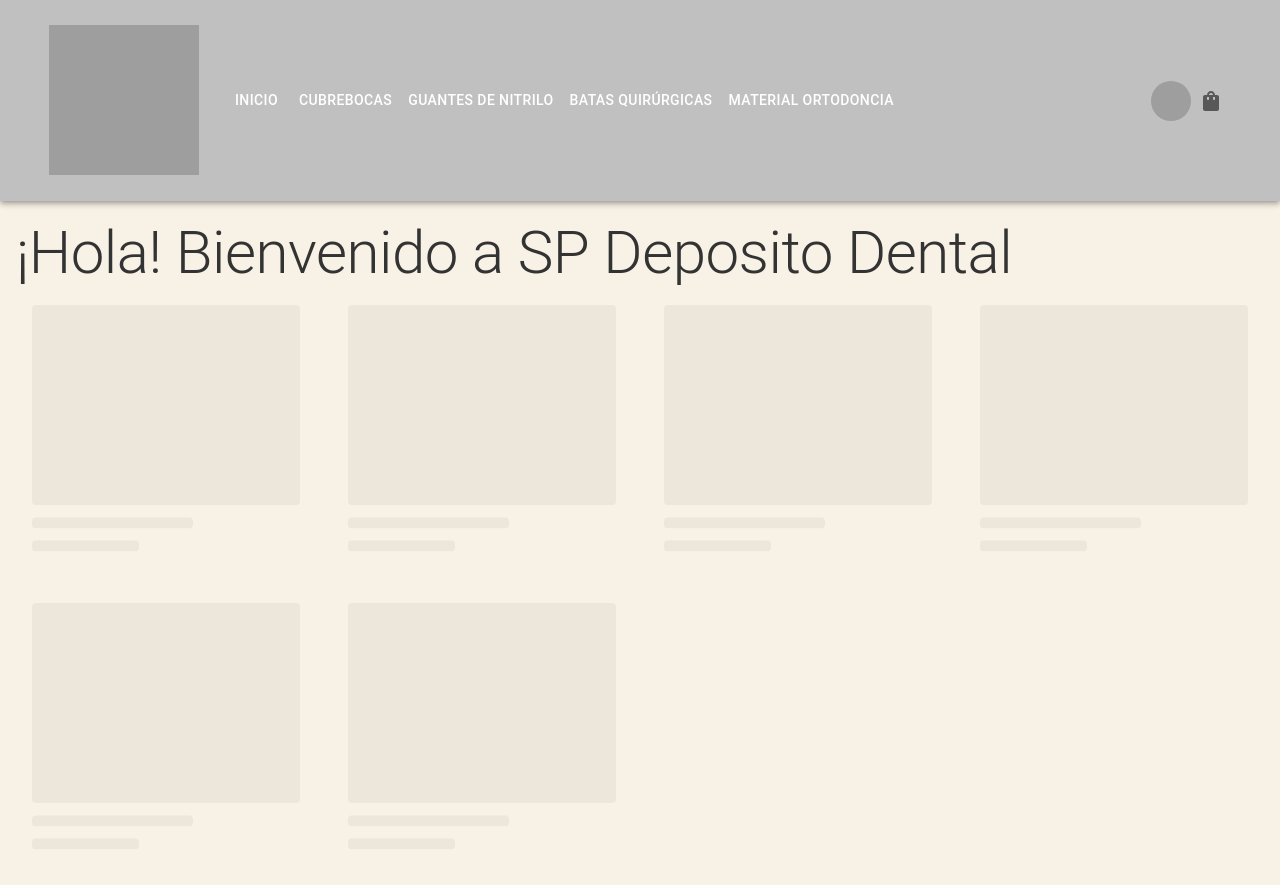
Repository: SebastianPineiro10/ecommerce-coderhouse
Page: /
The author's editor kept a copy of each file at every save. The page is drawn from the files as they stood at one save, then again after the next save.
The browser window is 1280 px wide. The pictures show the whole page.
Pictures or frames that could not be fetched are drawn as grey boxes. The page's requests for data from a server got no answer. The project was rebuilt for these pictures with package versions that can differ from the ones it lists, and the page was loaded fresh each time. No one was signed in, and anything a server would have sent is missing. Also part of the build but not shown: vite.config.js, src/components/common/card/productcard.css, src/components/common/card/ProductCard.jsx, src/components/pages/ItemListContainer/ItemList.jsx, src/components/pages/ItemDetail/ItemDetail.jsx, src/components/pages/ItemDetail/ItemDetailContainer.jsx, src/components/pages/cart/CartContainer.jsx, src/components/pages/checkout/Checkout.jsx and 1 more.

Above is the page before, as saved 2024-11-18 22:21:55.

### index.html
<!doctype html>
<html lang="en">
  <head>
    <meta charset="UTF-8" />
    <link rel="icon" type="favicon" href="/public/favicon.ico" />
    <meta name="viewport" content="width=device-width, initial-scale=1.0" />
    <title>SP Depósito Dental</title>
    <meta name="description" content="Bienvenido a SP Depósito Dental, su tienda de confianza para productos dentales." />
    <meta name="keywords" content="dental, productos dentales, tienda, e-commerce" />

  </head>
  <body>
    <div id="root"></div>
    <script type="module" src="/src/main.jsx"></script>
  </body>
</html>

### src/main.jsx
import { createRoot } from 'react-dom/client'
import App from './App.jsx'
import './index.css'


createRoot(document.getElementById("root")).render(<App />);

### src/App.jsx
import { BrowserRouter } from 'react-router-dom';
import { Routes, Route } from 'react-router-dom';
import { CartProvider } from './context/CartContext';
import NavBar from './components/layout/navbar/NavBar';
import {ItemListContainer} from './components/pages/ItemListContainer/ItemListContainer';
import ItemDetailContainer from './components/pages/ItemDetail/ItemDetailContainer';
import CartContainer from './components/pages/cart/CartContainer';
import { Toaster } from 'sonner';
import Checkout from './components/pages/checkout/Checkout';
import Brief from './components/pages/brief/Brief';


const App = () => {
  return (
    <CartProvider>
      <BrowserRouter>
      <Toaster duration={2000} richColors position="bottom-right" />
        <NavBar />
        <Routes>
          <Route
            path="/"
            element={<ItemListContainer greeting="¡Hola! Bienvenido a SP Deposito Dental" />}
          />
          <Route path="/category/:categoryId" element={<ItemListContainer greeting="¡Hola! Bienvenido a SP Deposito Dental" />} />
          <Route path="/item/:itemId" element={<ItemDetailContainer />} />
          <Route path="/cart" element={<CartContainer />} />
          <Route path="/checkout" element={<Checkout />} />
          <Route path="/brief" element={<Brief />} />
          <Route path="*" element={<h2>404 not found</h2>} />
        </Routes>
      </BrowserRouter>
    </CartProvider>
  );
};

export default App;

### src/index.css
body {
  background-color: #F8F1E5;
  margin: 0;
  font-family: 'Roboto', sans-serif;
  color: #2C3E50;
}

### src/context/CartContext.jsx
import { createContext, useState, useContext } from "react";
import PropTypes from "prop-types";
import { toast } from "sonner";

const CartContext = createContext();

export const CartProvider = ({ children }) => {
  const [cart, setCart] = useState([]);
  const [isCheckout, setIsCheckout] = useState(false);

  // Función para generar un identificador único para cada producto en el carrito
  const generateCartItemId = () => `cart-${Date.now()}-${Math.random()}`;

  // Función para agregar productos al carrito
  const addToCart = (product) => {
    // Buscar si el producto ya está en el carrito
    const existingItem = cart.find(item => item.cartItemId === product.cartItemId);

    if (existingItem) {
      // Si el producto ya existe en el carrito
      const totalQuantity = existingItem.quantity + 1; // Incrementamos la cantidad

      // Verificamos si la cantidad no excede el stock
      if (totalQuantity <= product.stock) {
        setCart(prevCart =>
          prevCart.map(item =>
            item.cartItemId === product.cartItemId
            ? { ...item, quantity: totalQuantity }
            : item
          )
        );
        toast.success(`La cantidad de ${product.title} se ha actualizado a ${totalQuantity}`);
      } else {
        // Si la cantidad excede el stock
        toast.error(`No puedes agregar más de ${product.stock} unidades de ${product.title}.`);
      }
    } else {
      // Si el producto no está en el carrito y hay stock disponible
      if (product.stock > 0) {
        const newCartItem = { ...product, cartItemId: generateCartItemId(), quantity: 1 }; // Agregamos el producto con cantidad 1
        setCart(prevCart => [...prevCart, newCartItem]);
        toast.success(`${product.title} ha sido añadido al carrito`);
      } else {
        // Si el producto está agotado
        toast.error(`El producto ${product.title} está agotado.`);
      }
    }
  };

  // Función para eliminar productos del carrito
  const removeFromCart = (cartItemId) => {
    setCart(prevCart => {
      const updatedCart = prevCart.filter(item => item.cartItemId !== cartItemId);
      toast.error("Producto eliminado del carrito");
      return updatedCart;
    });
  };

  // Función para actualizar la cantidad de un producto
  const updateQuantity = (cartItemId, quantity) => {
    if (quantity < 1) return;

    const item = cart.find(item => item.cartItemId === cartItemId);

    // Verificar si la nueva cantidad no excede el stock
    if (item && quantity <= item.stock) {
      setCart(prevCart => {
        const updatedCart = prevCart.map(item =>
          item.cartItemId === cartItemId ? { ...item, quantity } : item
        );
        toast.info("Cantidad actualizada");
        return updatedCart;
      });
    } else {
      toast.error("No puedes agregar más de lo disponible en stock.");
    }
  };

  // Función para obtener el total de la compra
  const getTotal = () => {
    return cart.reduce((total, item) => total + (item.price * item.quantity || 0), 0);
  };

  // Función para obtener la cantidad total de productos en el carrito
  const getTotalQuantity = () => {
    return cart.reduce((total, item) => total + (item.quantity || 0), 0);
  };

  // Función para vaciar el carrito
  const clearCart = () => {
    setCart([]);
    toast.success("Carrito vacío");
  };

  // Función para iniciar el proceso de checkout
  const startCheckout = () => {
    setIsCheckout(true);
  };

  // Función para resetear el estado de checkout
  const resetCheckout = () => {
    setIsCheckout(false);
  };

  return (
    <CartContext.Provider value={{
      cart,
      addToCart,
      removeFromCart,
      updateQuantity,
      getTotal,
      getTotalQuantity,
      clearCart,
      startCheckout,
      resetCheckout,
      isCheckout
    }}>
      {children}
    </CartContext.Provider>
  );
};

CartProvider.propTypes = {
  children: PropTypes.node.isRequired,
};

// Custom hook para consumir el CartContext
export const useCart = () => useContext(CartContext);

### src/components/layout/navbar/NavBar.jsx
import * as React from 'react';
import AppBar from '@mui/material/AppBar';
import Box from '@mui/material/Box';
import Toolbar from '@mui/material/Toolbar';
import IconButton from '@mui/material/IconButton';
import Typography from '@mui/material/Typography';
import Menu from '@mui/material/Menu';
import MenuIcon from '@mui/icons-material/Menu';
import Container from '@mui/material/Container';
import Avatar from '@mui/material/Avatar';
import Button from '@mui/material/Button';
import Tooltip from '@mui/material/Tooltip';
import MenuItem from '@mui/material/MenuItem';
import CartWidget from '../../common/cartWidget/Cartwidget'
import { NavLink } from 'react-router-dom';
import "./Navbar.css";

const pages = [
  { name: 'Inicio', route: '/' },
  { name: 'Cubrebocas', route: '/category/cubrebocas' },
  { name: 'Guantes de Nitrilo', route: '/category/guantes' },
  { name: 'Batas Quirúrgicas', route: '/category/batas' },
  { name: 'Material ortodoncia', route: '/category/ortodoncia'},

];
const settings = ['Mi Perfil', 'Cuenta', 'Mis Compras', 'Cerrar sesión', 'Buscar'];

function ResponsiveAppBar() {
  const [anchorElNav, setAnchorElNav] = React.useState(null);
  const [anchorElUser, setAnchorElUser] = React.useState(null);

  const handleOpenNavMenu = (event) => {
    setAnchorElNav(event.currentTarget);
  };

  const handleOpenUserMenu = (event) => {
    setAnchorElUser(event.currentTarget);
  };

  const handleCloseNavMenu = () => {
    setAnchorElNav(null);
  };

  const handleCloseUserMenu = () => {
    setAnchorElUser(null);
  };

  return (
    <AppBar position="static">
      <Container maxWidth="xl">
        <Toolbar disableGutters>
          <Box sx={{ display: 'flex', flexDirection: 'column', alignItems: 'center', mr: 3.5 }}>
            <img
              src="https://res.cloudinary.com/dcerhiol0/image/upload/v1730231790/file_9_jmsjn0.png"
              alt="Logo"
              style={{ height: '150px', marginBottom: '1px', width: '150px' }}
            />
            <Typography
              variant="caption"
              noWrap
              component={NavLink}
              to="/"
              sx={{
                fontFamily: 'monospace',
                fontWeight: 700,
                letterSpacing: '.3rem',
                color: 'inherit',
                textDecoration: 'none',
              }}
            >

            </Typography>
          </Box>


          <Box sx={{ flexGrow: 1, display: { xs: 'flex', md: 'none' }, justifyContent: 'center', gap: 5 }}>
            <IconButton
              size="large"
              aria-label="menu"
              aria-controls="menu-appbar"
              aria-haspopup="true"
              onClick={handleOpenNavMenu}
              color="inherit"
            >
              <MenuIcon />
            </IconButton>
            <Menu
              id="menu-appbar"
              anchorEl={anchorElNav}
              anchorOrigin={{ vertical: 'bottom', horizontal: 'left' }}
              keepMounted
              transformOrigin={{ vertical: 'top', horizontal: 'left' }}
              open={Boolean(anchorElNav)}
              onClose={handleCloseNavMenu}
              sx={{ display: { xs: 'block', md: 'none' } }}
            >
              {pages.map((page) => (
                <MenuItem key={page.name} onClick={handleCloseNavMenu}>
                  <Typography textAlign="center">
                    <NavLink to={page.route} style={{ textDecoration: 'none', color: 'inherit' }}>{page.name}</NavLink>
                  </Typography>
                </MenuItem>
              ))}
            </Menu>
          </Box>


          <Box sx={{ flexGrow: 1, display: { xs: 'none', md: 'flex' } }}>
            {pages.map((page) => (
              <Button
                key={page.name}
                onClick={handleCloseNavMenu}
                component={NavLink}
                to={page.route}
                sx={{ my: 2, color: 'white', display: 'block' }}
              >
                {page.name}
              </Button>
            ))}
          </Box>


          <Box sx={{ flexGrow: 0 }}>
            <Tooltip title="Abrir ajustes">
              <IconButton onClick={handleOpenUserMenu} sx={{ p: 0 }}>
                <Avatar alt="User Avatar" src="/static/images/avatar/2.jpg" />
              </IconButton>
            </Tooltip>
            <Menu
              sx={{ mt: '45px' }}
              id="menu-appbar"
              anchorEl={anchorElUser}
              anchorOrigin={{ vertical: 'top', horizontal: 'right' }}
              keepMounted
              transformOrigin={{ vertical: 'top', horizontal: 'right' }}
              open={Boolean(anchorElUser)}
              onClose={handleCloseUserMenu}
            >
              {settings.map((setting) => (
                <MenuItem key={setting} onClick={handleCloseUserMenu}>
                  <Typography textAlign="center">{setting}</Typography>
                </MenuItem>
              ))}
            </Menu>
            <CartWidget itemCount={3} />
          </Box>
        </Toolbar>
      </Container>
    </AppBar>
  );
}

export default ResponsiveAppBar;

### src/components/pages/ItemListContainer/ItemListContainer.jsx
import PropTypes from 'prop-types';
import { Skeleton, Box, Typography, Button } from "@mui/material";
import { useState, useEffect } from "react";
import { useParams } from "react-router-dom";
import { collection, getDocs, query, where, addDoc, updateDoc, doc } from "firebase/firestore";
import { db } from "../../../firebaseConfig";
import { products } from "../../../products";
import ItemList from "./ItemList";
import "ItemListContainer.css";

export const ItemListContainer = ({greeting}) => {
  const { categoryId } = useParams();
  const [items, setItems] = useState([]);
  const [isAdmin] = useState(false);


  useEffect(() => {
    const fetchProducts = async () => {
      const productsCollection = collection(db, "products");
      let docsRef = productsCollection;

      if (categoryId) {
        docsRef = query(productsCollection, where("category", "==", categoryId));
      }

      const querySnapshot = await getDocs(docsRef);
      const productsFromFirestore = querySnapshot.docs.map((doc) => ({
        ...doc.data(),
        id: doc.id,
      }));
      setItems(productsFromFirestore);
    };

    fetchProducts();
  }, [categoryId]);


  const uploadProductsToFirestore = async () => {
    const productsCollection = collection(db, "products");


    const querySnapshot = await getDocs(productsCollection);
    const existingProducts = querySnapshot.docs.map((doc) => ({
      ...doc.data(),
      id: doc.id,
    }));


    for (let product of products) {

      const existingProduct = existingProducts.find(
        (existing) => existing.title === product.title
      );

      if (existingProduct) {

        const productRef = doc(db, "products", existingProduct.id);
        await updateDoc(productRef, {
          ...product,
        });
        console.log(`Producto actualizado: ${product.title}`);


        product.isUploaded = true;
      } else {

        await addDoc(productsCollection, product);
        console.log(`Producto agregado: ${product.title}`);


        product.isUploaded = true;
      }
    }


    alert("Productos actualizados o agregados correctamente!");
  };

  return (
    <Box sx={{ padding: 2 }}>
      <Typography variant="h2" className="welcome-title">
        {greeting}
      </Typography>


      {isAdmin && (
        <Button
          variant="contained"
          color="primary"
          onClick={uploadProductsToFirestore}
          sx={{ marginBottom: 2 }}
        >
          Subir/Actualizar Productos en Firestore
        </Button>
      )}

      {items.length === 0 ? (
        <Box sx={{ display: "grid", gridTemplateColumns: "repeat(auto-fill, minmax(250px, 1fr))", gap: 2 }}>

          {Array.from({ length: 6 }).map((_, index) => (
            <Box key={index} sx={{ padding: 2 }}>
              <Skeleton variant="rectangular" width="100%" height={200} sx={{ borderRadius: 1 }} /> {/* Imagen */}
              <Skeleton variant="text" width="60%" sx={{ marginTop: 1 }} /> {/* Título */}
              <Skeleton variant="text" width="40%" sx={{ marginTop: 0.5 }} /> {/* Precio */}
            </Box>
          ))}
        </Box>
      ) : (
        <ItemList items={items} />
      )}
    </Box>
  );
};
ItemListContainer.propTypes = {
  greeting: PropTypes.string.isRequired,
};

export default ItemListContainer;

### src/components/common/cartWidget/Cartwidget.jsx
import { useCart } from '../../../context/CartContext';
import { Link } from 'react-router-dom';
import IconButton from '@mui/material/IconButton';
import Badge from '@mui/material/Badge';
import ShoppingBagIcon from '@mui/icons-material/ShoppingBag';

const CartWidget = () => {
  const { cart } = useCart();

  const itemCount = cart.reduce((total, item) => total + item.quantity, 0);

  return (
    <Link to="/cart" style={{ textDecoration: 'none' }}>
      <IconButton aria-label="cart">
        <Badge badgeContent={itemCount} color="secondary">
          <ShoppingBagIcon />
        </Badge>
      </IconButton>
    </Link>
  );
};

export default CartWidget;

### src/components/layout/navbar/Navbar.css
.MuiAppBar-root {
    background-color: rgb(192, 192, 192) !important;
    box-shadow: 0px 2px 10px rgba(0, 0, 0, 0.1);
    position: fixed;
    top: 0;
    left: 0;
    width: 100%;
    z-index: 1100;

  }

  .MuiToolbar-root {
    display: flex;
    justify-content: space-between;
    align-items: center;
    padding: 25px;
    min-height: 64px;
  }

  .MuiToolbar-regular {
    display: flex;
    justify-content: space-between;
  }


  .MuiButton-root {
    margin-left: 10px;
    margin-right: 10px;
    padding: 10px 16px;
    transition: background-color 0.3s ease;

  }

  .MuiButton-root:hover {
      color: navy;
  }


.MuiMenu-paper {
    background-color:  rgb(192, 192, 192)!important;
    color: white !important;
}

### src/firebaseConfig.js
import { initializeApp } from "firebase/app";
import { getFirestore } from "firebase/firestore";

const firebaseConfig = {
  apiKey: "AIzaSyC5Se1O4vN5LkJy_RH-D4cGwR73BkMs0XU",
  authDomain: "backend-ecommercecoderhouse.firebaseapp.com",
  projectId: "backend-ecommercecoderhouse",
  storageBucket: "backend-ecommercecoderhouse.firebasestorage.app",
  messagingSenderId: "500308526062",
  appId: "1:500308526062:web:fb10676cea4e305534c4ff"
};


const app = initializeApp(firebaseConfig);
export const db = getFirestore(app)

### src/products.js
export let products = [
    {
      //id: 1,
      title: "Cubrebocas KN95",
      price: 50,
      description: "Cubrebocas desechables de alta protección.",
      imageUrl: "https://res.cloudinary.com/dcerhiol0/image/upload/v1730150333/file_5_oippvb.png",
      stock: 100,
      category: "cubrebocas",
      isUploaded: true,
    },
    {
      //id: 2,
      title: "Guantes de Nitrilo",
      price: 300,
      description: "Guantes de nitrilo resistentes para procedimientos médicos.",
      imageUrl: "https://res.cloudinary.com/dcerhiol0/image/upload/v1730150333/file_7_qvgccw.png",
      stock: 50,
      category: "guantes",
      isUploaded: true,
    },
    {
      //id: 3,
      title: "Batas Quirúrgicas",
      price: 200,
      description: "Batas quirúrgicas desechables.",
      imageUrl: "https://res.cloudinary.com/dcerhiol0/image/upload/v1730150336/file_1_eylzr3.png",
      stock: 30,
      category: "batas",
      isUploaded: true,
    },
    {
      //id: 4,
      title: "Kits de Blanqueamiento",
      price: 1500,
      description: "Kits para blanqueamiento dental profesional.",
      imageUrl: "https://res.cloudinary.com/dcerhiol0/image/upload/v1730150334/file_4_mtvpfl.png",
      stock: 20,
      category: "ortodoncia",
      isUploaded: true,
    },
    {
      //id: 5,
      title: "Cepillo Interdental",
      price: 100,
      description: "Cepillo interdental para limpieza de espacios entre dientes.",
      imageUrl: "https://res.cloudinary.com/dcerhiol0/image/upload/v1730150335/file_2_ry3cmc.png",
      stock: 75,
      category: "ortodoncia",
      isUploaded: true,
    },
    {
      //id: 6,
      title: "Brackets Metálicos",
      price: 2000,
      description: "Brackets metálicos de alta durabilidad.",
      imageUrl: "https://res.cloudinary.com/dcerhiol0/image/upload/v1730150332/file_8_s61hmc.png",
      stock: 40,
      category: "ortodoncia",
      isUploaded: true,
    },
    {
      //id: 7,
      title: "Brackets Cerámicos",
      price: 2500,
      description: "Brackets estéticos de cerámica.",
      imageUrl: "https://res.cloudinary.com/dcerhiol0/image/upload/v1730150334/file_3_bqiafo.png",
      stock: 35,
      category: "ortodoncia",
      isUploaded: true,
    },
    {
      //id: 8,
      title: "Alambre arco ortodoncia",
      price: 500,
      description: "Alambres de acero para ortodoncia.",
      imageUrl: "https://res.cloudinary.com/dcerhiol0/image/upload/v1730150336/file_yxl0zy.png",
      stock: 60,
      category: "ortodoncia",
      isUploaded: true,
    },
    {
      //id: 9,
      title: "Bandas Molares",
      price: 150,
      description: "Bandas para molar de ortodoncia.",
      imageUrl: "https://res.cloudinary.com/dcerhiol0/image/upload/v1730150333/file_6_vzixdy.png",
      stock: 80,
      category: "ortodoncia",
      isUploaded: true,
    },
  ];

### src/components/pages/checkout/checkout.css
.checkout-container {
    display: flex;
    flex-direction: column;
    justify-content: flex-start;
    align-items: center;
    max-width: 450px;
    margin: 50px auto;
    padding: 30px;
    background-color: #ffffff;
    border-radius: 10px;
    box-shadow: 0 10px 30px rgba(0, 0, 0, 0.1);
    width: 100%;
    box-sizing: border-box;
    transition: transform 0.3s ease-in-out, box-shadow 0.3s ease-in-out;
  }


  .checkout-container:hover {
    box-shadow: 0 10px 20px rgba(0, 0, 0, 0.25);
    transform: translateY(-1px);
  }


  h2 {
    color: #333;
    font-size: 26px;
    font-weight: 700;
    margin-bottom: 20px;
    text-align: left;
    letter-spacing: 1px;
    width: 100%;  /* Hace que el título ocupe todo el ancho del contenedor */
  }


  .checkout-form {
    display: flex;
    flex-direction: column;
    gap: 20px;
    width: 100%;
    align-items: center;
  }


  input {
    padding: 12px 15px;
    border: 1px solid #ddd;
    border-radius: 6px;
    font-size: 14px;
    width: 100%;
    max-width: 400px;
    height: 40px;
    margin-bottom: 15px;
    transition: border-color 0.3s ease-in-out;
  }


  input:focus {
    border-color: #007BFF;
    outline: none;
  }


  button {
    padding: 12px 20px;
    background-color: #007BFF;
    color: white;
    border: none;
    border-radius: 6px;
    font-size: 16px;
    cursor: pointer;
    width: auto;
    transition: background-color 0.3s ease, transform 0.3s ease-in-out;
  }


  button:hover {
    background-color: #0056b3;
    transform: translateY(-2px);
  }

  button:active {
    background-color: #003d80;
    transform: translateY(2px);
  }

### src/components/pages/ItemListContainer/ItemListContainer.css
.greeting-text {
    font-size: 12px;
    color: white;
  }

After the next save:
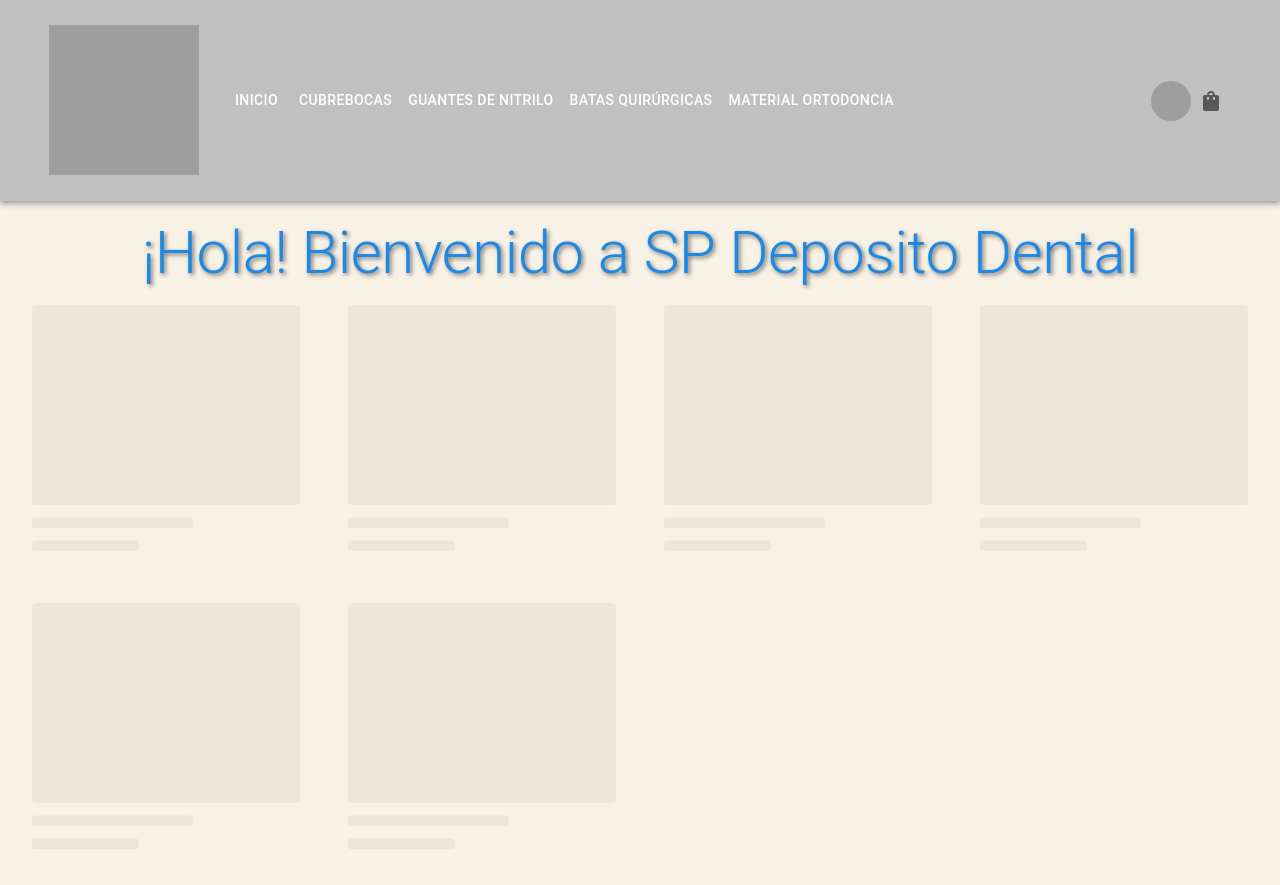
Saved 2 s later.
--- a/src/components/pages/ItemListContainer/ItemListContainer.css
+++ b/src/components/pages/ItemListContainer/ItemListContainer.css
@@ -2,3 +2,19 @@
     font-size: 12px;
     color: white;
   }
+  .welcome-title {
+    font-family: 'Poppins', sans-serif; /* Fuente moderna */
+    font-size: 3rem; /* Tamaño grande */
+    color: #1e88e5; /* Azul vibrante */
+    text-align: center; /* Centrado */
+    font-weight: bold; /* Negritas */
+    text-shadow: 2px 2px 4px rgba(0, 0, 0, 0.5); /* Sombra para destacar */
+    margin-top: 20px;
+    letter-spacing: 2px; /* Espaciado entre letras */
+    transition: transform 0.3s ease-in-out, color 0.3s ease-in-out;
+  }
+
+  .welcome-title:hover {
+    color: #e53935; /* Cambia a rojo al pasar el mouse */
+    transform: scale(1.1); /* Agranda el texto al pasar el mouse */
+  }
